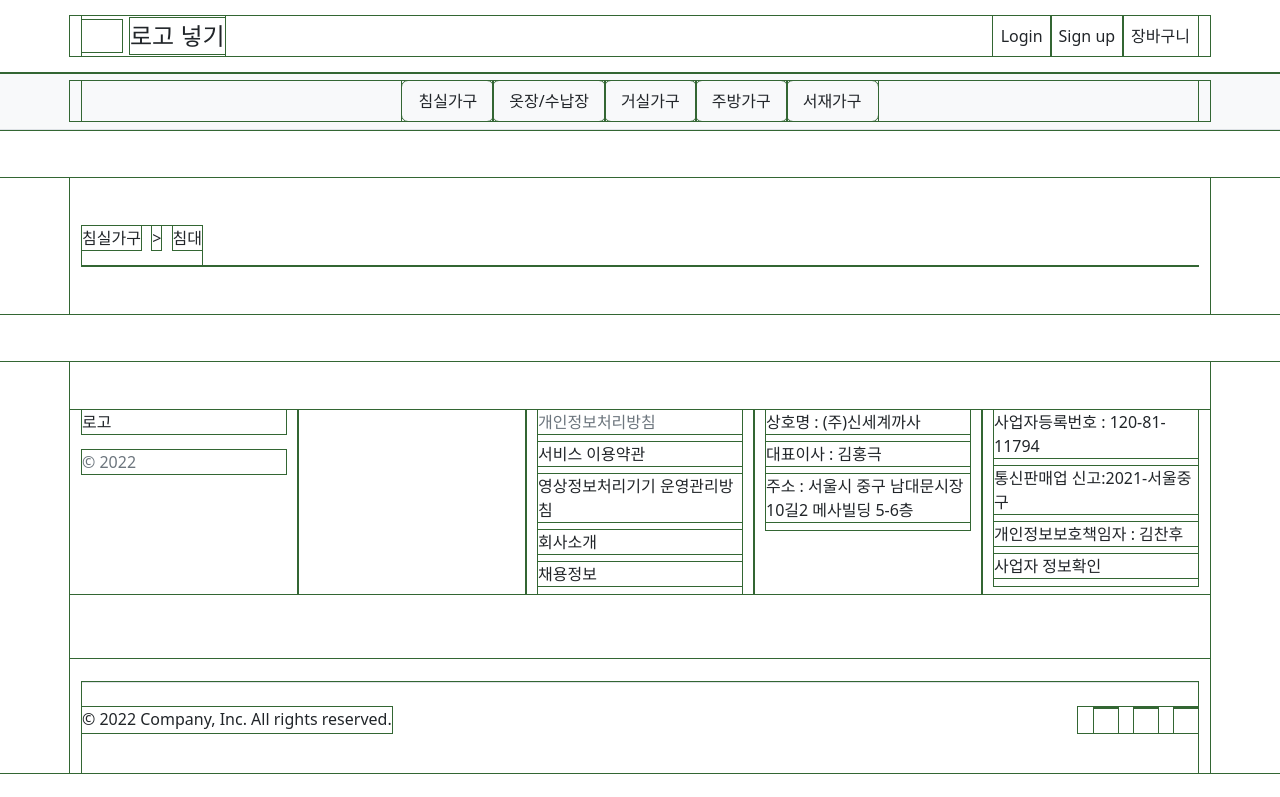
Repository: raoniee/Elice-House-Project
Page: FE/views/pages/main/item-list.html
The author's editor kept a copy of each file at every save. The page is drawn from the files as they stood at one save, then again after a run of saves.
The browser window is 1280 px wide. The pictures show the whole page.

Above is the page before, as saved 2023-07-06 13:27:42.

After the next 2 saves:
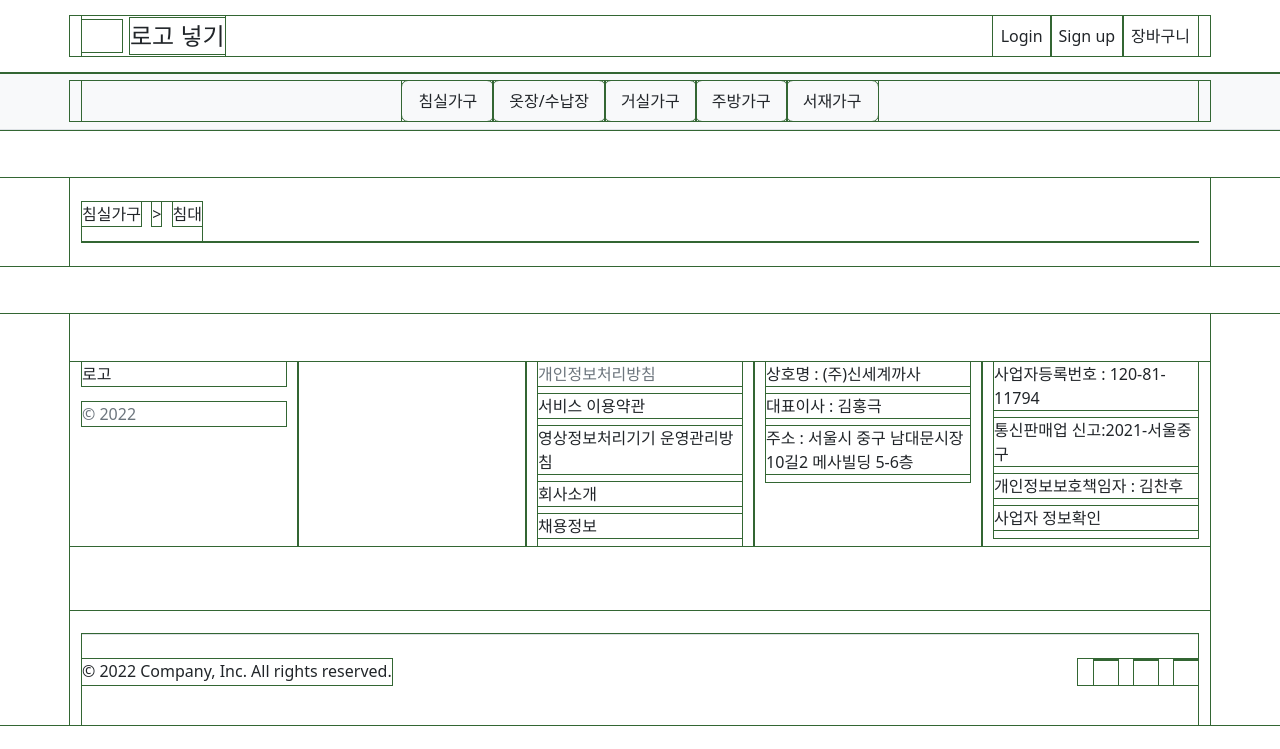
The 2 saves are shown as one change because they came seconds apart.
The last was saved 8 s later.
--- a/FE/views/pages/main/item-list.html
+++ b/FE/views/pages/main/item-list.html
@@ -34,7 +34,7 @@
     </header>
 
     <main>
-      <div class="container my-5 py-5">
+      <div class="container my-5 py-4">
         <div
           class="menu_bar d-flex justify-content-between"
           style="width: 120px"
